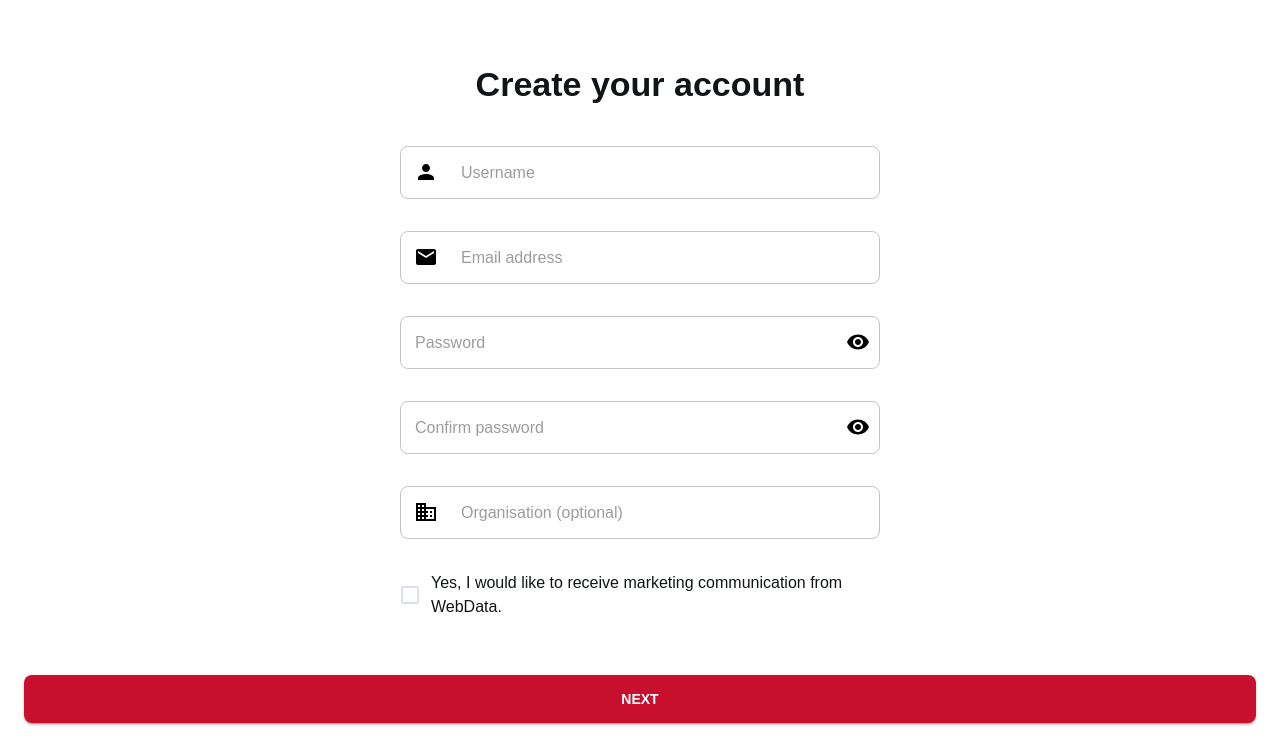
Repository: Pascal-Ahmadu/Tender-download-system
Page: /register (app in frontend/)
These files come from the project's save history. The page is drawn as it stood at one moment and after the next save; the edit follows.
The browser window is 1280 px wide. The pictures show the whole page.
The page's requests for data from a server got no answer. Some web fonts or font styles are not loaded; a fallback is used. The project was rebuilt for these pictures with package versions that can differ from the ones it lists, and the page was loaded fresh each time. No one was signed in, and anything a server would have sent is missing. Also part of the build but not shown: frontend/vite.config.js, frontend/src/components/pages/LoginPage.jsx.

Above is the page before, as saved 2024-07-31 08:33:35.

### frontend/index.html
<!DOCTYPE html>
<html lang="en">
  <head>
    <meta charset="UTF-8" />
    <link rel="icon" type="image/svg+xml" href="/vite.svg" />
    <link
      href="https://fonts.googleapis.com/css2?family=Bento:wght@400;700&display=swap"
      rel="stylesheet"
    />

    <meta name="viewport" content="width=device-width, initial-scale=1.0" />
    <title>Vite + React</title>
  </head>
  <body>
    <div id="root"></div>
    <script type="module" src="/src/main.jsx"></script>
  </body>
</html>

### frontend/src/main.jsx
import React from "react";
import ReactDOM from "react-dom/client";
import App from "./App.jsx";
import "./index.css";
import { AuthProvider } from "./components/contexts/AuthContext.jsx";

ReactDOM.createRoot(document.getElementById("root")).render(
  <React.StrictMode>
    <AuthProvider>
      <App />
    </AuthProvider>
  </React.StrictMode>
);

### frontend/src/App.jsx
import React from "react";
import { BrowserRouter as Router, Routes, Route } from "react-router-dom";
import LoginPage from "./components/pages/LoginPage";
import RegistrationForm from "./components/pages/RegistrationPage";
import { createTheme, ThemeProvider } from "@mui/material/styles";

// Create a theme instance
const theme = createTheme({
  typography: {
    fontFamily: "Bento, sans-serif",
  },
});

const app = () => {
  return (
    <ThemeProvider theme={theme}>
      <Router>
        <Routes>
          <Route path="/" element={<LoginPage />} />
          <Route path="/register" element={<RegistrationForm />} />
        </Routes>
      </Router>
    </ThemeProvider>
  );
};

export default app;

### frontend/src/index.css
:root {
  font-family: "Bento", sans-serif;

  line-height: 1.5;
  font-weight: 400;

  color-scheme: white;
  color: rgba(255, 255, 255, 0.87);
  background-color: white;

  font-synthesis: none;
  text-rendering: optimizeLegibility;
  -webkit-font-smoothing: antialiased;
  -moz-osx-font-smoothing: grayscale;
}

body {
  font-family: "Merriweather", serif;
}

a {
  font-weight: 500;
  color: #646cff;
  text-decoration: inherit;
}
a:hover {
  color: #535bf2;
}

h1 {
  font-size: 3.2em;
  line-height: 1.1;
}

button {
  border-radius: 8px;
  border: 1px solid transparent;
  padding: 0.6em 1.2em;
  font-size: 1em;
  font-weight: 500;
  font-family: inherit;
  background-color: #1a1a1a;
  cursor: pointer;
  transition: border-color 0.25s;
}
button:hover {
  border-color: #646cff;
}
button:focus,
button:focus-visible {
  outline: 4px auto -webkit-focus-ring-color;
}

@media (prefers-color-scheme: light) {
  :root {
    color: #213547;
    background-color: #ffffff;
  }
  a:hover {
    color: #747bff;
  }
  button {
    background-color: #f9f9f9;
  }
}

### frontend/src/components/contexts/AuthContext.jsx
import React, { createContext, useState, useEffect, useContext } from "react";
import axios from "axios";

const API_BASE_URL = "http://localhost:5000";

axios.defaults.baseURL = API_BASE_URL;

const AuthContext = createContext();

const AuthProvider = ({ children }) => {
  const [user, setUser] = useState(null);

  // Fetch user on app load
  useEffect(() => {
    const fetchUser = async () => {
      try {
        const res = await axios.get("/api/auth/current", {
          withCredentials: true,
        });
        setUser(res.data.user);
      } catch (err) {
        console.error(err.response ? err.response.data.msg : err.message);
      }
    };

    fetchUser();
  }, []);

  const register = async (email, password) => {
    try {
      await axios.post(
        "/api/auth/register",
        { email, password },
        { withCredentials: true }
      );
      // Optionally fetch user data if needed
    } catch (err) {
      throw new Error(err.response ? err.response.data.msg : err.message);
    }
  };

  const login = async (email, password) => {
    try {
      await axios.post(
        "/api/auth/login",
        { email, password },
        { withCredentials: true }
      );
      const res = await axios.get("/api/auth/current", {
        withCredentials: true,
      });
      setUser(res.data.user);
    } catch (err) {
      throw new Error(err.response ? err.response.data.msg : err.message);
    }
  };

  const logout = async () => {
    try {
      await axios.post("/api/auth/logout", {}, { withCredentials: true });
      setUser(null);
    } catch (err) {
      console.error(err.response ? err.response.data.msg : err.message);
    }
  };

  return (
    <AuthContext.Provider value={{ user, register, login, logout }}>
      {children}
    </AuthContext.Provider>
  );
};

// Custom hook to use the AuthContext
const useAuth = () => {
  const context = useContext(AuthContext);
  if (context === undefined) {
    throw new Error("useAuth must be used within an AuthProvider");
  }
  return context;
};

export { AuthProvider, useAuth };

### frontend/src/components/pages/RegistrationPage.jsx
import React, { useState, useEffect } from "react";
import {
  TextField,
  Button,
  Box,
  Typography,
  Checkbox,
  FormControlLabel,
  InputAdornment,
  IconButton,
  LinearProgress,
  FormHelperText,
} from "@mui/material";
import {
  Visibility,
  VisibilityOff,
  Person,
  Email,
  Business,
} from "@mui/icons-material";

function SignupForm() {
  const [showPassword, setShowPassword] = useState(false);
  const [password, setPassword] = useState("");
  const [confirmPassword, setConfirmPassword] = useState("");
  const [passwordStrength, setPasswordStrength] = useState(0);
  const [passwordEntered, setPasswordEntered] = useState(false);
  const [passwordValid, setPasswordValid] = useState({
    length: false,
    uppercase: false,
    lowercase: false,
    symbol: false,
  });
  const [showRequirements, setShowRequirements] = useState(false);
  const [typingTimeout, setTypingTimeout] = useState(null);

  const handleClickShowPassword = () => setShowPassword(!showPassword);

  const handlePasswordChange = (event) => {
    const password = event.target.value;
    setPassword(password);
    setPasswordEntered(true);
    setShowRequirements(true);

    // Check password validity
    const lengthValid = password.length >= 8 && password.length <= 16;
    const uppercaseValid = /[A-Z]/.test(password);
    const lowercaseValid = /[a-z]/.test(password);
    const symbolValid = /[!@#$%^&*(),.?":{}|<>]/.test(password);

    setPasswordValid({
      length: lengthValid,
      uppercase: uppercaseValid,
      lowercase: lowercaseValid,
      symbol: symbolValid,
    });

    // Calculate strength
    setPasswordStrength(
      (lengthValid + uppercaseValid + lowercaseValid + symbolValid) * 25
    );

    // Clear previous timeout
    if (typingTimeout) clearTimeout(typingTimeout);

    // Set a new timeout
    setTypingTimeout(
      setTimeout(() => {
        setShowRequirements(false);
      }, 2000)
    ); // Hide after 2 seconds of inactivity
  };

  const handleConfirmPasswordChange = (event) => {
    setConfirmPassword(event.target.value);
  };

  const getStrengthColor = () => {
    if (passwordStrength <= 33) return "#f44336"; // Red for weak
    if (passwordStrength <= 66) return "#ff9800"; // Orange for medium
    return "#4caf50"; // Green for strong
  };

  const passwordsMatch = password === confirmPassword;

  useEffect(() => {
    // Cleanup on component unmount
    return () => {
      if (typingTimeout) clearTimeout(typingTimeout);
    };
  }, [typingTimeout]);

  return (
    <Box
      sx={{
        display: "flex",
        flexDirection: "column",
        minHeight: "100vh",
        backgroundColor: "white",
        overflow: "hidden",
      }}
    >
      <Box
        sx={{
          display: "flex",
          flexDirection: "column",
          flex: 1,
          justifyContent: "center",
          alignItems: "center",
          px: 2,
          py: 4,
        }}
      >
        <Box
          sx={{
            display: "flex",
            flexDirection: "column",
            width: "100%",
            maxWidth: "480px",
            boxSizing: "border-box",
          }}
        >
          <Typography
            variant="h4"
            sx={{
              fontWeight: "bold",
              textAlign: "center",
              color: "#111518",
              py: 3,
            }}
          >
            Create your account
          </Typography>
          <TextField
            placeholder="Username"
            fullWidth
            margin="normal"
            InputProps={{
              startAdornment: (
                <InputAdornment position="start">
                  <Person sx={{ color: "black" }} />
                </InputAdornment>
              ),
            }}
            sx={{
              "& .MuiOutlinedInput-root": {
                borderRadius: 2,
                borderColor: "#dbe1e6",
              },
              "& .MuiInputBase-input": {
                color: "#111518",
                p: "15px",
                fontSize: "1rem",
              },
              mb: 2,
            }}
          />
          <TextField
            placeholder="Email address"
            fullWidth
            margin="normal"
            InputProps={{
              startAdornment: (
                <InputAdornment position="start">
                  <Email sx={{ color: "black" }} />
                </InputAdornment>
              ),
            }}
            sx={{
              "& .MuiOutlinedInput-root": {
                borderRadius: 2,
                borderColor: "#dbe1e6",
              },
              "& .MuiInputBase-input": {
                color: "#111518",
                p: "15px",
                fontSize: "1rem",
              },
              mb: 2,
            }}
          />
          <TextField
            placeholder="Password"
            fullWidth
            type={showPassword ? "text" : "password"}
            onChange={handlePasswordChange}
            onFocus={() => setPasswordEntered(true)}
            margin="normal"
            InputProps={{
              endAdornment: (
                <InputAdornment position="end">
                  <IconButton onClick={handleClickShowPassword} edge="end">
                    {showPassword ? (
                      <VisibilityOff sx={{ color: "black" }} />
                    ) : (
                      <Visibility sx={{ color: "black" }} />
                    )}
                  </IconButton>
                </InputAdornment>
              ),
            }}
            sx={{
              "& .MuiOutlinedInput-root": {
                borderRadius: 2,
                borderColor: "#dbe1e6",
              },
              "& .MuiInputBase-input": {
                color: "#111518",
                p: "15px",
                fontSize: "1rem",
              },
              mb: 2,
            }}
          />
          {passwordEntered && showRequirements && (
            <Box sx={{ mb: 2 }}>
              <Typography variant="body2" sx={{ color: "#60778a", py: 1 }}>
                Password strength
              </Typography>
              <LinearProgress
                variant="determinate"
                value={passwordStrength}
                sx={{
                  height: 8,
                  borderRadius: 2,
                  backgroundColor: "#e0e0e0",
                  "& .MuiLinearProgress-bar": {
                    borderRadius: 2,
                    backgroundColor: getStrengthColor(),
                  },
                }}
              />
              <FormHelperText
                sx={{
                  color: "#60778a",
                  pt: 1,
                }}
              >
                <ul>
                  <li
                    style={{
                      color: passwordValid.length ? "#4caf50" : "#f44336",
                    }}
                  >
                    {passwordValid.length
                      ? "✔ Length between 8 and 16 characters"
                      : "✘ Length between 8 and 16 characters"}
                  </li>
                  <li
                    style={{
                      color: passwordValid.uppercase ? "#4caf50" : "#f44336",
                    }}
                  >
                    {passwordValid.uppercase
                      ? "✔ At least one uppercase letter"
                      : "✘ At least one uppercase letter"}
                  </li>
                  <li
                    style={{
                      color: passwordValid.lowercase ? "#4caf50" : "#f44336",
                    }}
                  >
                    {passwordValid.lowercase
                      ? "✔ At least one lowercase letter"
                      : "✘ At least one lowercase letter"}
                  </li>
                  <li
                    style={{
                      color: passwordValid.symbol ? "#4caf50" : "#f44336",
                    }}
                  >
                    {passwordValid.symbol
                      ? "✔ At least one symbol"
                      : "✘ At least one symbol"}
                  </li>
                </ul>
              </FormHelperText>
            </Box>
          )}
          <TextField
            placeholder="Confirm password"
            fullWidth
            type={showPassword ? "text" : "password"}
            onChange={handleConfirmPasswordChange}
            margin="normal"
            InputProps={{
              endAdornment: (
                <InputAdornment position="end">
                  <IconButton onClick={handleClickShowPassword} edge="end">
                    {showPassword ? (
                      <VisibilityOff sx={{ color: "black" }} />
                    ) : (
                      <Visibility sx={{ color: "black" }} />
                    )}
                  </IconButton>
                </InputAdornment>
              ),
            }}
            sx={{
              "& .MuiOutlinedInput-root": {
                borderRadius: 2,
                borderColor: "#dbe1e6",
              },
              "& .MuiInputBase-input": {
                color: "#111518",
                p: "15px",
                fontSize: "1rem",
              },
              mb: 2,
            }}
          />
          {!passwordsMatch && confirmPassword.length > 0 && (
            <FormHelperText sx={{ color: "#f44336" }}>
              Passwords do not match
            </FormHelperText>
          )}
          <TextField
            placeholder="Organisation (optional)"
            fullWidth
            margin="normal"
            InputProps={{
              startAdornment: (
                <InputAdornment position="start">
                  <Business sx={{ color: "black" }} />
                </InputAdornment>
              ),
            }}
            sx={{
              "& .MuiOutlinedInput-root": {
                borderRadius: 2,
                borderColor: "#dbe1e6",
              },
              "& .MuiInputBase-input": {
                color: "#111518",
                p: "15px",
                fontSize: "1rem",
              },
              mb: 2,
            }}
          />
          <FormControlLabel
            control={
              <Checkbox
                sx={{
                  color: "#dbe1e6",
                  "&.Mui-checked": {
                    color: "#2094f3",
                  },
                }}
              />
            }
            label="Yes, I would like to receive marketing communication from WebData."
            sx={{ color: "#111518", mt: 2 }}
          />
        </Box>
      </Box>
      <Box
        component="footer"
        sx={{
          display: "flex",
          justifyContent: "center",
          px: 2,
          py: 2,
        }}
      >
        <Button
          variant="contained"
          fullWidth // Make the button span the width of its container
          sx={{
            bgcolor: "#c8102e", // Button color
            color: "white",
            fontWeight: "bold",
            borderRadius: 2,
            py: 1.5, // Adjust vertical padding for height
            mt: 1, // Reduced margin top for spacing
            width: "100%", // Ensure button width is 100% of container width
            boxSizing: "border-box", // Ensure padding is included in width
            "&:hover": {
              bgcolor: "#a50f1d", // Slightly darker on hover
            },
          }}
        >
          Next
        </Button>
      </Box>
    </Box>
  );
}

export default SignupForm;

After the next save:
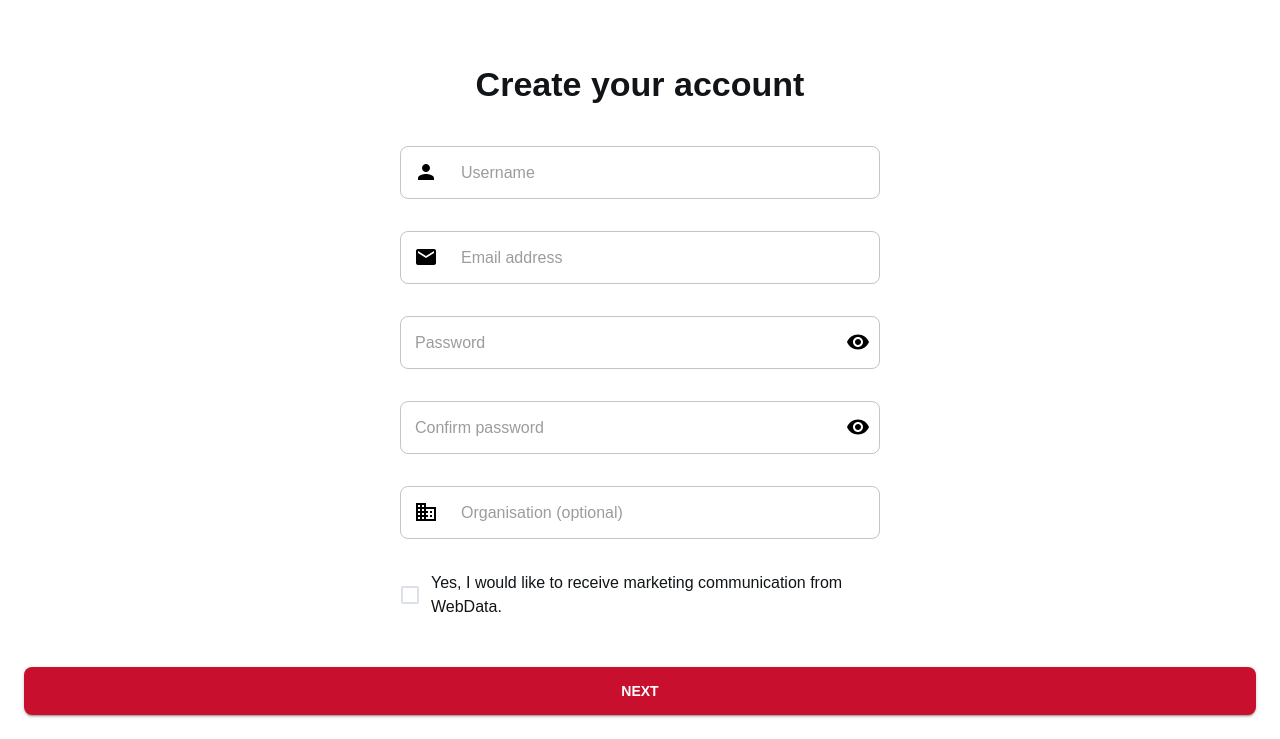
Saved 26 s later.
--- a/frontend/src/components/pages/RegistrationPage.jsx
+++ b/frontend/src/components/pages/RegistrationPage.jsx
@@ -372,7 +372,7 @@ function SignupForm() {
             fontWeight: "bold",
             borderRadius: 2,
             py: 1.5, // Adjust vertical padding for height
-            mt: 1, // Reduced margin top for spacing
+            mt: 0, // Reduced margin top for spacing
             width: "100%", // Ensure button width is 100% of container width
             boxSizing: "border-box", // Ensure padding is included in width
             "&:hover": {
